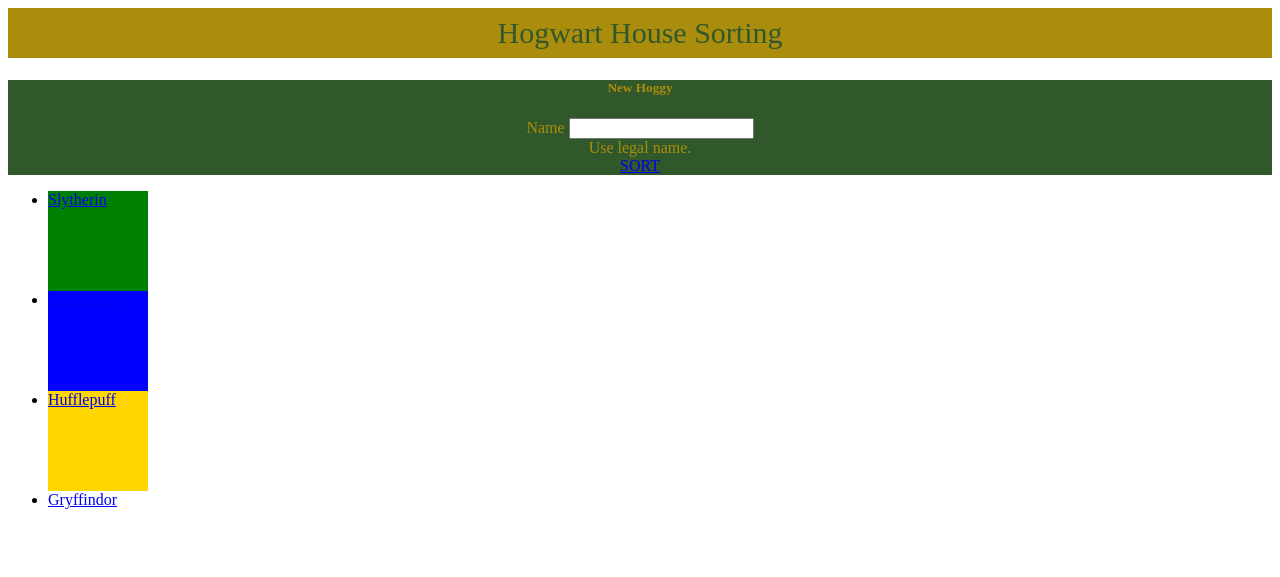
Repository: ZamlZam/INDIVIDUAL-PROJECT-sorting-hat
Page: index.html
The author's editor kept a copy of each file at every save. The page is drawn from the files as they stood at one save, then again after a run of saves.
The browser window is 1280 px wide. The pictures show the whole page.

Above is the page before, as saved 2023-04-29 11:52:48.

After the next 3 saves:
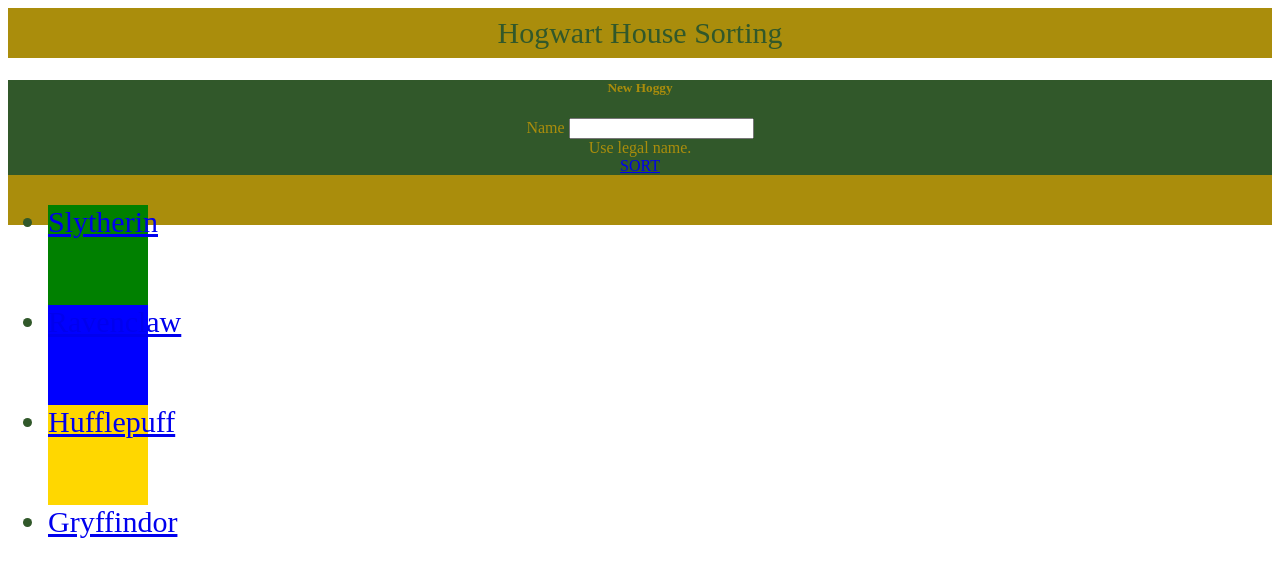
The 3 saves are shown as one change because they came seconds apart.
The last was saved 8 s later.
--- a/main.css
+++ b/main.css
@@ -40,7 +40,9 @@
   background-color: gold;
 }
 
-.four
+.four{
+  background-color:
+}
 
 .card-footer{
 
